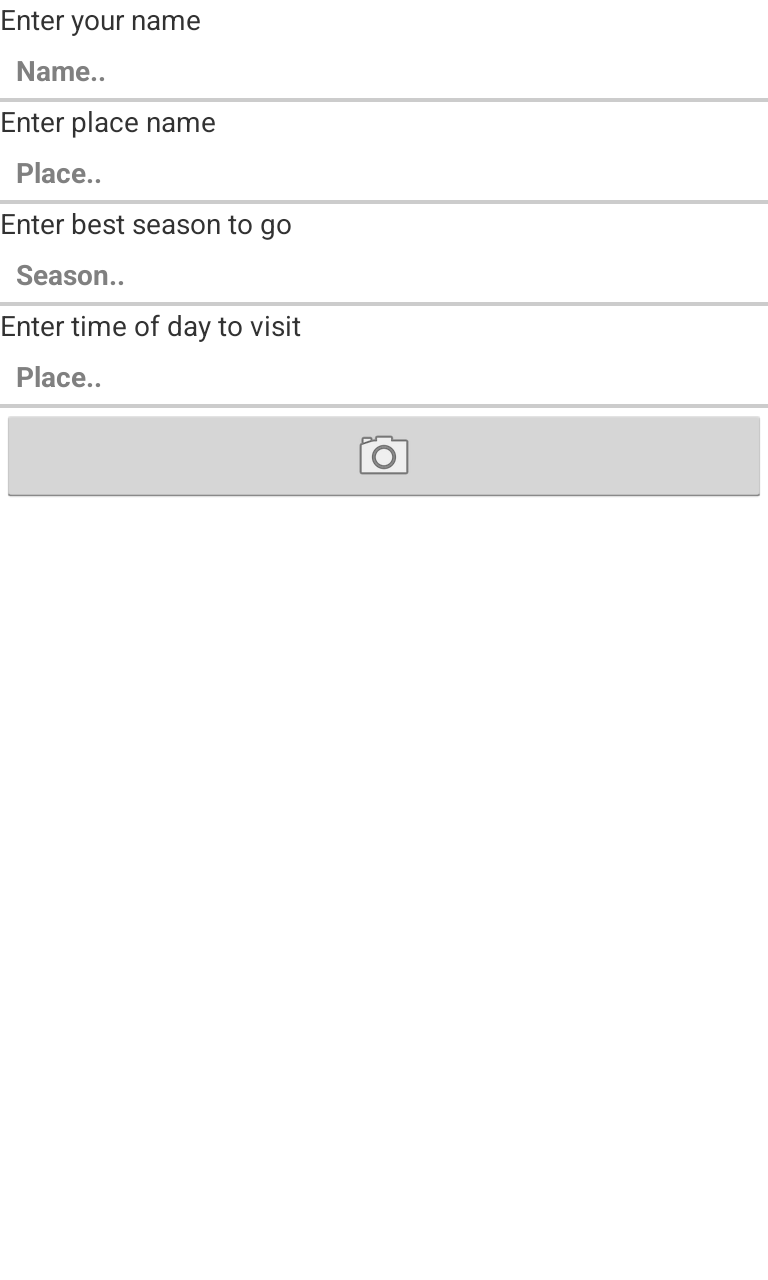
Repository: sandeshshetty/TravelZeus
Layout: TravelZeus/res/layout/fragment_insert_info.xml
These files come from the project's save history. The layout is drawn as it stood at one moment and after the next save; the edit follows.
It is drawn on a 768 x 1280 px phone screen (xhdpi) without system bars, with theme AppTheme; the app's code is not run.

Above is the layout before, as saved 2015-05-16 15:07:48.

After the next save:
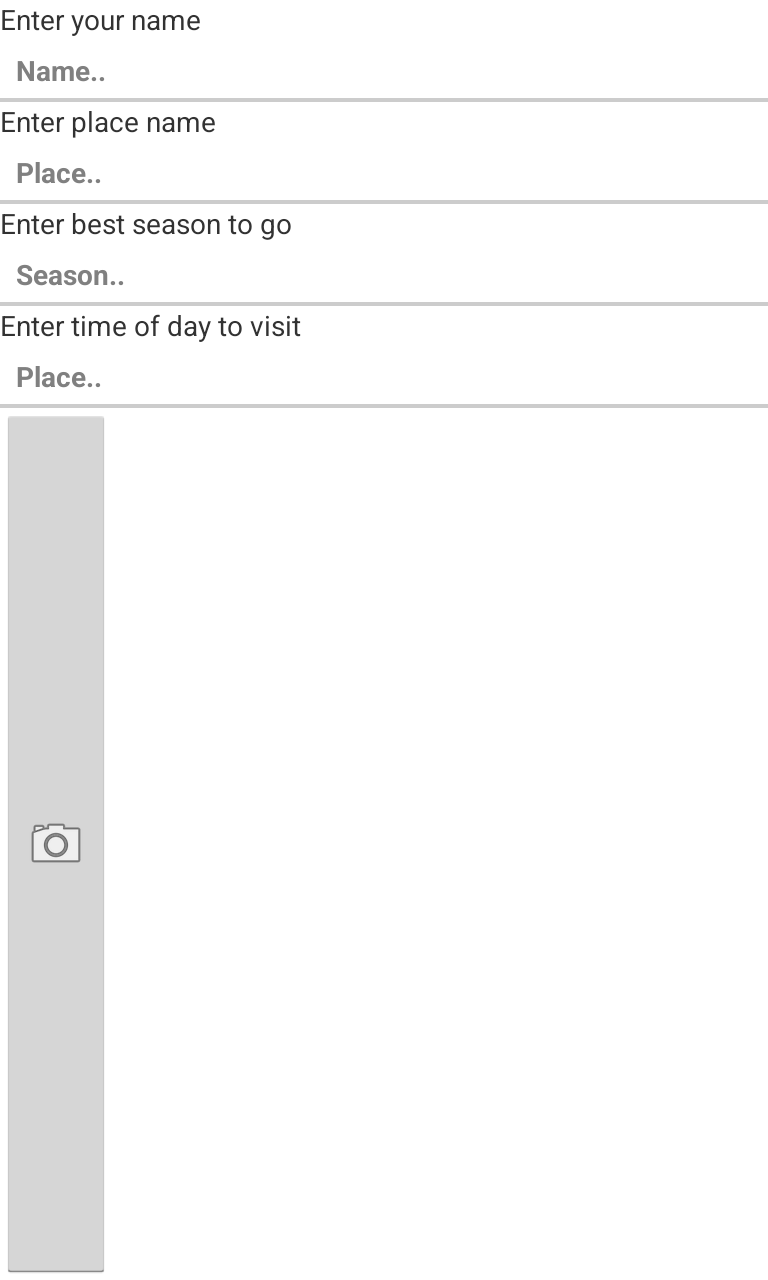
Saved 118 s later.
--- a/TravelZeus/res/layout/fragment_insert_info.xml
+++ b/TravelZeus/res/layout/fragment_insert_info.xml
@@ -52,19 +52,14 @@
     	android:hint="Place.."
     	style="?android:listSeparatorTextViewStyle" />
 
-    <LinearLayout
-        android:layout_width="match_parent"
-        android:layout_height="wrap_content"
-        android:orientation="horizontal">
 
-        <ImageButton
-        android:id="@+id/userInputImage"
-        android:src="@android:drawable/ic_menu_camera"
-        android:layout_height="wrap_content"
-        android:layout_width="wrap_content"
-       	android:layout_weight="0.5"/>
+       <ImageButton
+        	android:id="@+id/userInputImage"
+        	android:src="@android:drawable/ic_menu_camera"
+        	android:layout_height="match_parent"
+        	android:layout_width="wrap_content"
+       		android:layout_weight="0.5" />
 
-    </LinearLayout>
 
 
 
